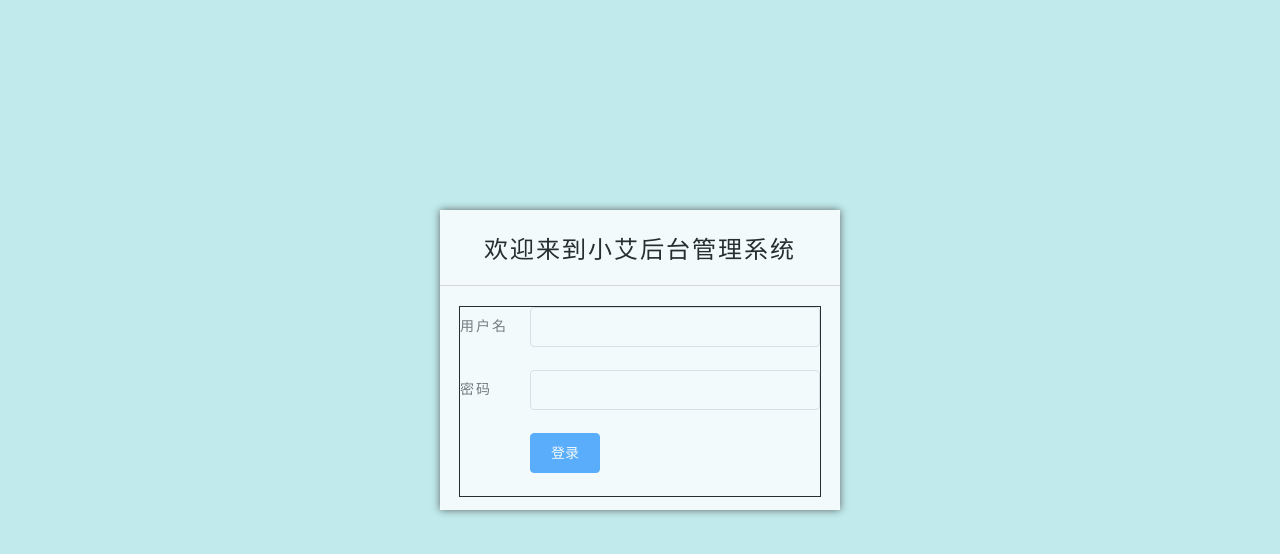
Repository: noob-injoker/router-slots-cw-ee
Page: /Login
The author's editor kept a copy of each file at every save. The page is drawn from the files as they stood at one save, then again after the next save.
The browser window is 1280 px wide. The pictures show the whole page.
The project was rebuilt for these pictures with package versions that can differ from the ones it lists, and the page was loaded fresh each time. Also part of the build but not shown: vue.config.js, src/views/Home.vue, src/views/Layout.vue.

Above is the page before, as saved 2020-08-29 21:11:07.

After the next save:
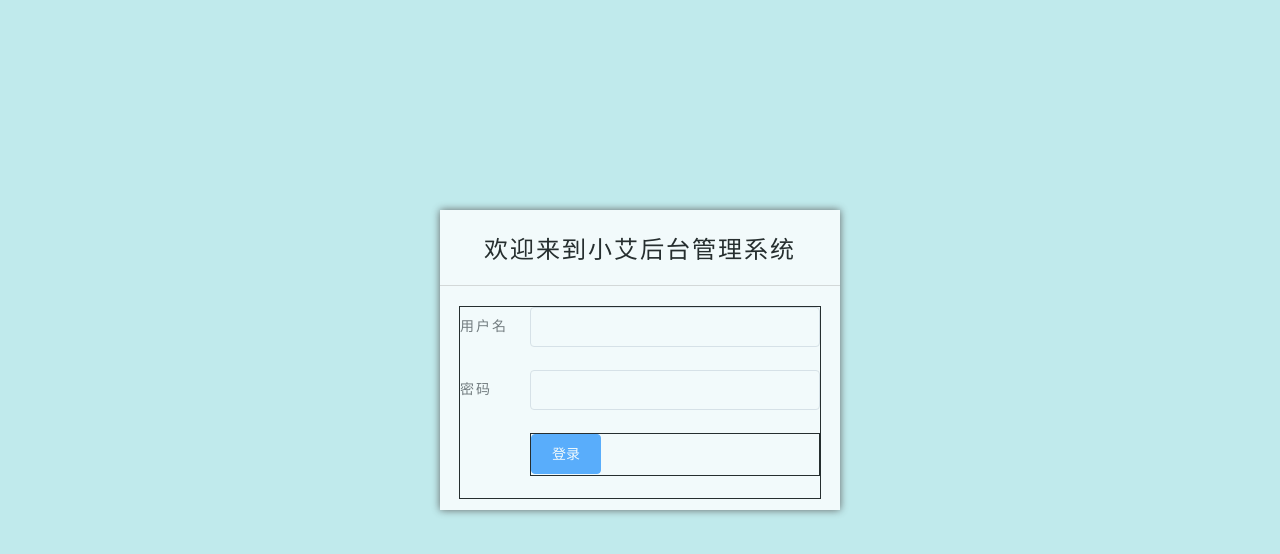
Saved 4 min 36 s later.
--- a/src/views/Login.vue
+++ b/src/views/Login.vue
@@ -22,7 +22,7 @@
 
         <el-form-item>
 
-         <div> <el-button type="primary" @click="submitForm('ruleForm')">登录</el-button></div>
+         <div class="button-box b1"> <el-button type="primary" @click="submitForm('ruleForm')">登录</el-button></div>
 
         </el-form-item>
 
@@ -107,6 +107,9 @@ export default {
 </script>
 
 <style lang="scss" scoped>
+.button-box{
+
+}
 .form-box{
   width: 360px;
 }
